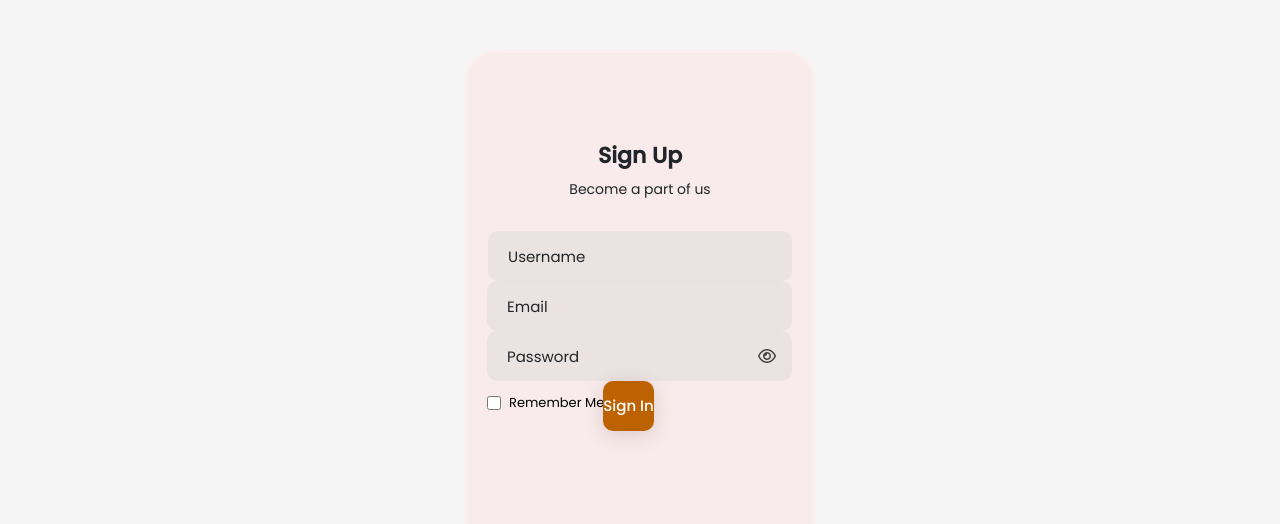
Repository: MauDucKG/BigFarm
Page: http://localhost/BigFarm/views/main/register/index.php
An editor plug-in stored every save of this project. The page is shown before and after the next save, followed by the edit.
The browser window is 1280 px wide. The pictures show the whole page.
Some web libraries are served in a nearby version. The page is run by PHP 8.4 with error messages shown; the project is at /var/www/html/.

Above is the page before, as saved 2023-04-26 18:40:40.

### views/main/register/index.php
<!DOCTYPE html>
<html lang="en">

<head>
	<meta charset="utf-8">
	<meta name="viewport" content="width=device-width, initial-scale=1">
	<title>Register</title>
	<link href="https://cdn.jsdelivr.net/npm/bootstrap@5.2.2/dist/css/bootstrap.min.css" rel="stylesheet" integrity="sha384-Zenh87qX5JnK2Jl0vWa8Ck2rdkQ2Bzep5IDxbcnCeuOxjzrPF/et3URy9Bv1WTRi" crossorigin="anonymous">
	<link rel="stylesheet" href="assets/stylesheets/register.css">
    <script src="https://kit.fontawesome.com/4ccf3877a2.js" crossorigin="anonymous"></script>
    <style>
        @import url('https://fonts.googleapis.com/css2?family=Poppins:wght@400;500&display=swap');
        *{
            margin: 0;
            padding: 0;
            box-sizing: border-box;
            font-family: 'Poppins',sans-serif;
        }
        .wrapper{
            display: flex;
            justify-content: center;
            align-items: center;
            min-height: 100vh;
            width: 100%;
        }
        .box{
            display: flex;
            flex-direction: row;
            position: relative;
            padding: 60px 20px 30px 20px;
            height: 620px;
            width: 350px;
            background-color: rgba(255, 220, 220, 0.4);
            border-radius: 30px;
            -webkit-backdrop-filter: blur(15px);
            backdrop-filter: blur(15px);
            border: 3px solid rgba(255, 255, 255, 0.2);
            overflow: hidden;
        }
        .box-register{
            position: absolute;
            width: 85%;
            right: -350px;
            transition: .5s ease-in-out;
        }
        .top-header{
            text-align: center;
            margin: 30px auto;
        }
        .top-header h3{
            font-size: 22px;
            font-weight: 600;
            margin-bottom: 8px;
        }
        .input-group{
            width: 100%;
        }
        .input-field{
            margin-bottom: 12px 0 ;
            position: relative;
        }
        .input-box{
            width: 100%;
            height: 50px;
            font-size: 15px;
            color: #040404;
            border: none;
            border-radius: 10px;
            padding: 7px 45px 0 20px;
            background: rgba(224, 223, 223, 0.6);
            backdrop-filter: blur(2px);
            outline: none;
        }
        .input-field label{
            position: absolute;
            left: 20px;
            top: 15px;
            font-size: 15px;
            transition: .3s ease-in-out;
        }
        .input-box:focus ~ label,.input-box:valid ~ label{
            top: 2px;
            font-size: 10px;
            color: #c12828;
            font-weight: 500;
        }
        .eye-area{
            position: absolute;
            top: 25px;
            right: 25px;
        }
        .eye-box{
            display: flex;
            justify-content: center;
            align-items: center;
            position: relative;
        }
        i{
            position: absolute;
            color: #444444;
            cursor: pointer;
        }
        #eye,#eye-2{
            opacity: 1;
        }
        #eye-slash,#eye-slash-2{
            opacity: 0;
        }
        .remember{
            display: flex;
            font-size: 13px;
            margin: 12px 0 30px 0;
            color: #000;
        }
        .check{
            margin-right: 8px;
            width: 14px;
        }
        .input-submit{
            width: 100%;
            height: 50px;
            font-size: 15px;
            font-weight: 500;
            border: none;
            border-radius: 10px;
            background: #bc6202;
            color: #fff;
            box-shadow: 0px 4px 20px rgba(62, 9, 9, 0.145);
            cursor: pointer;
            transition: .4s;
        }
        .input-submit:hover{
            background: #db3e00;
            box-shadow: 0px 4px 20px rgba(62, 9, 9, 0.32);
        }
        #btn{
            position: absolute;
            bottom: 0;
            left: 0;
            width: 145px;
            height: 50px;
            background: #cccccd;
            border-radius: 10px;
            box-shadow: 2px 0px 12px rgba(0, 0, 0, 0.1);
            transition: .5s ease-in-out;
        }
    </style>
</head>

<body>
    <div class="wrapper">
        <div class="box">
            <div class="register-box" id="regUser">
                <div class="top-header">
                    <h3>Sign Up</h3>
                    <small>Become a part of us</small>
                </div>
                <div class="input-group">
                    <div class="input-field">
                        <input type="text" class="input-box" id="regUser" required>
                        <label for="regUser">Username</label>
                    </div>
                    <div class="input-field">
                        <input type="text" class="input-box" id="regUser" required>
                        <label for="regUser">Email</label>
                    </div>
                    <div class="input-field">
                        <input type="password" class="input-box" id="regPassword" required>
                        <label for="regPassword">Password</label>
                         <div class="eye-area">
                                <div class="eye-box" onclick="myRegPassword()">
                                    <i class="fa-regular fa-eye" id="eye-2"></i>
                                    <i class="fa-regular fa-eye-slash" id="eye-slash-2"></i>
                                </div>
                         </div>
                    </div>
                    <!-- <div class="input-field">
                        <input type="text" class="input-box" id="regUser" required>
                        <label for="regUser">Telephone number</label> -->
                    <!-- </div>
                    <div class="input-field">
                        <input type="radio" class="input-box" id="regUser" required>
                        <label for="regUser">Male</label>
                    </div>
                    <div class="input-field">
                        <input type="radio" class="input-box" id="regUser" required>
                        <label for="regUser">Female</label>
                    </div> -->
                    <div class="remember">
                        <input type="checkbox" id="formCheck-2" class="check">
                        <label for="formCheck-2">Remember Me</label>
                    </div>
                    <div class="input-field">
                        <input type="submit" class="input-submit" value="Sign In">
                    </div>
                </div>
            </div>
        </div>
    </div>
</body>

</html>

### assets/stylesheets/register.css
html,
body {
  height: 100%;
}

body {
  display: flex;
  align-items: center;
  padding-top: 40px;
  padding-bottom: 40px;
  background-color: #f5f5f5;
}

.form-signin {
  max-width: 500px;
  padding: 15px;
}

.form-signin .form-floating:focus-within {
  z-index: 2;
}

After the next save:
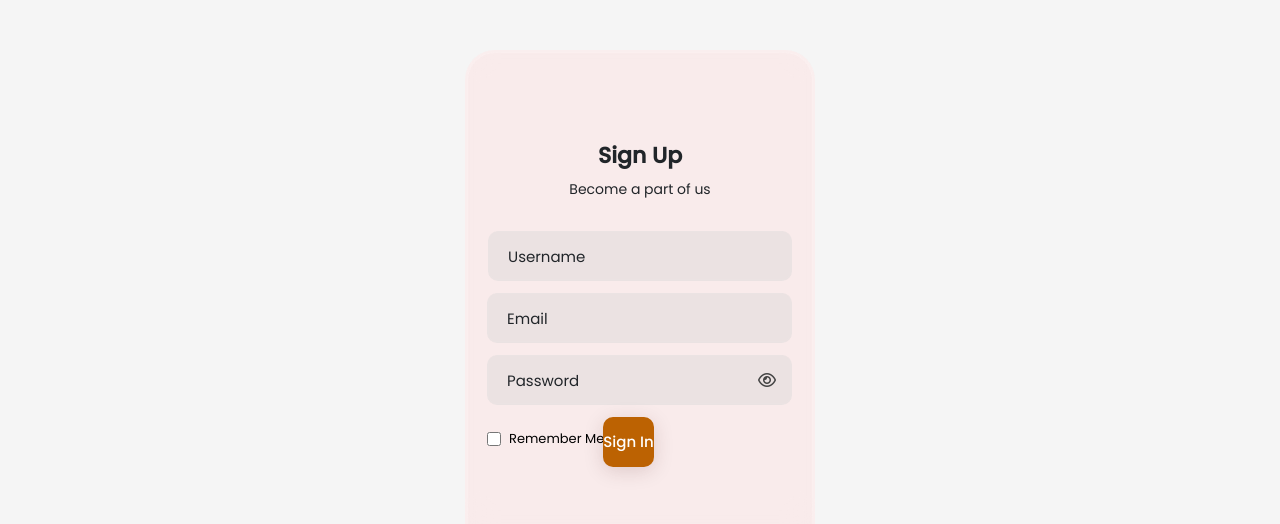
Saved 83 s later.
--- a/views/main/register/index.php
+++ b/views/main/register/index.php
@@ -56,7 +56,7 @@
             width: 100%;
         }
         .input-field{
-            margin-bottom: 12px 0 ;
+            margin-bottom: 12px ;
             position: relative;
         }
         .input-box{
